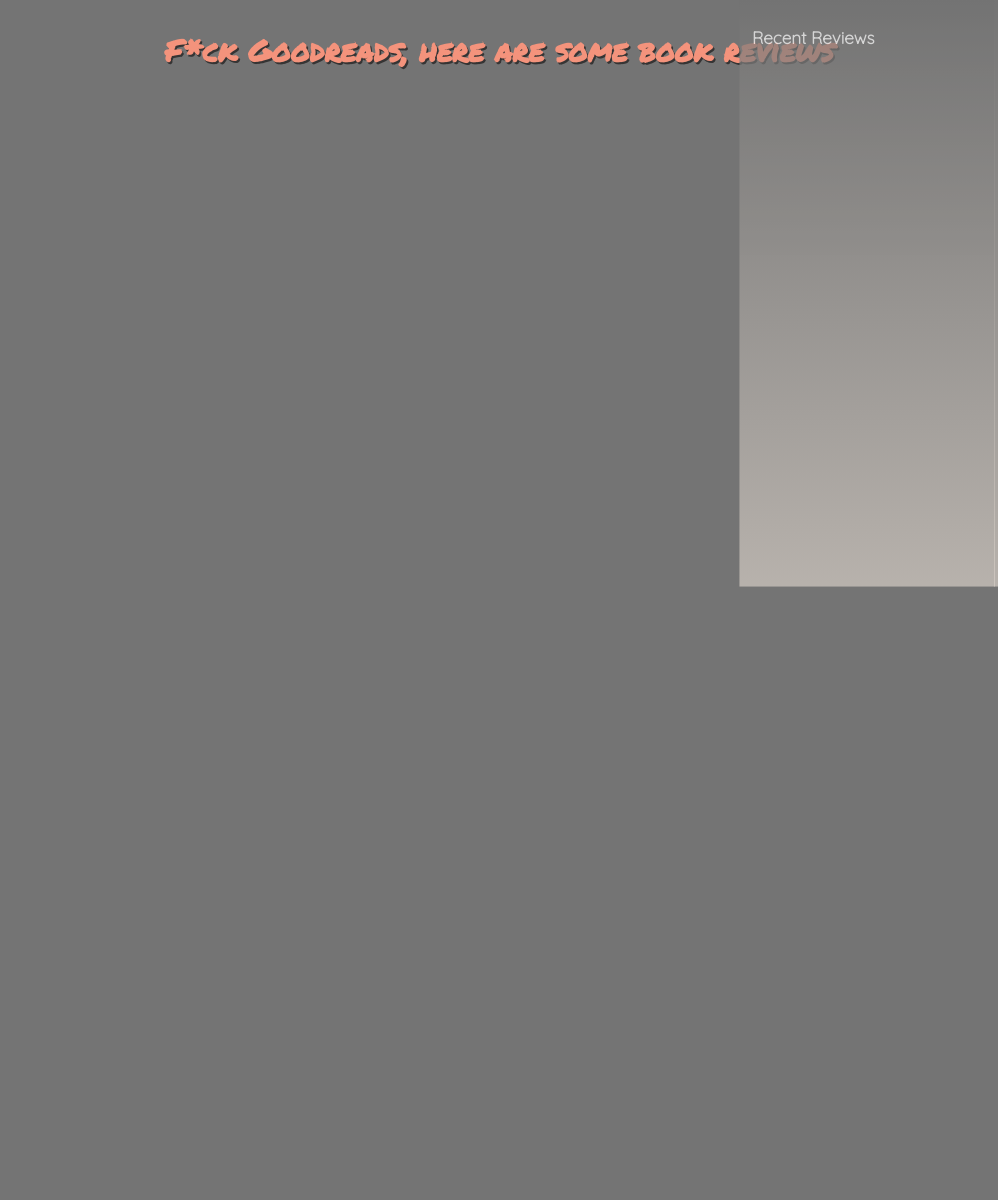
Repository: emnharris/FreeCodeCampChallenges
Page: responsive-web-design/book-reviews/books.html
The author's editor kept a copy of each file at every save. The page is drawn from the files as they stood at one save, then again after the next save.
The browser window is 1280 px wide. The pictures show the whole page, at 78% of full size.

Above is the page before, as saved 2020-04-18 13:35:57.

After the next save:
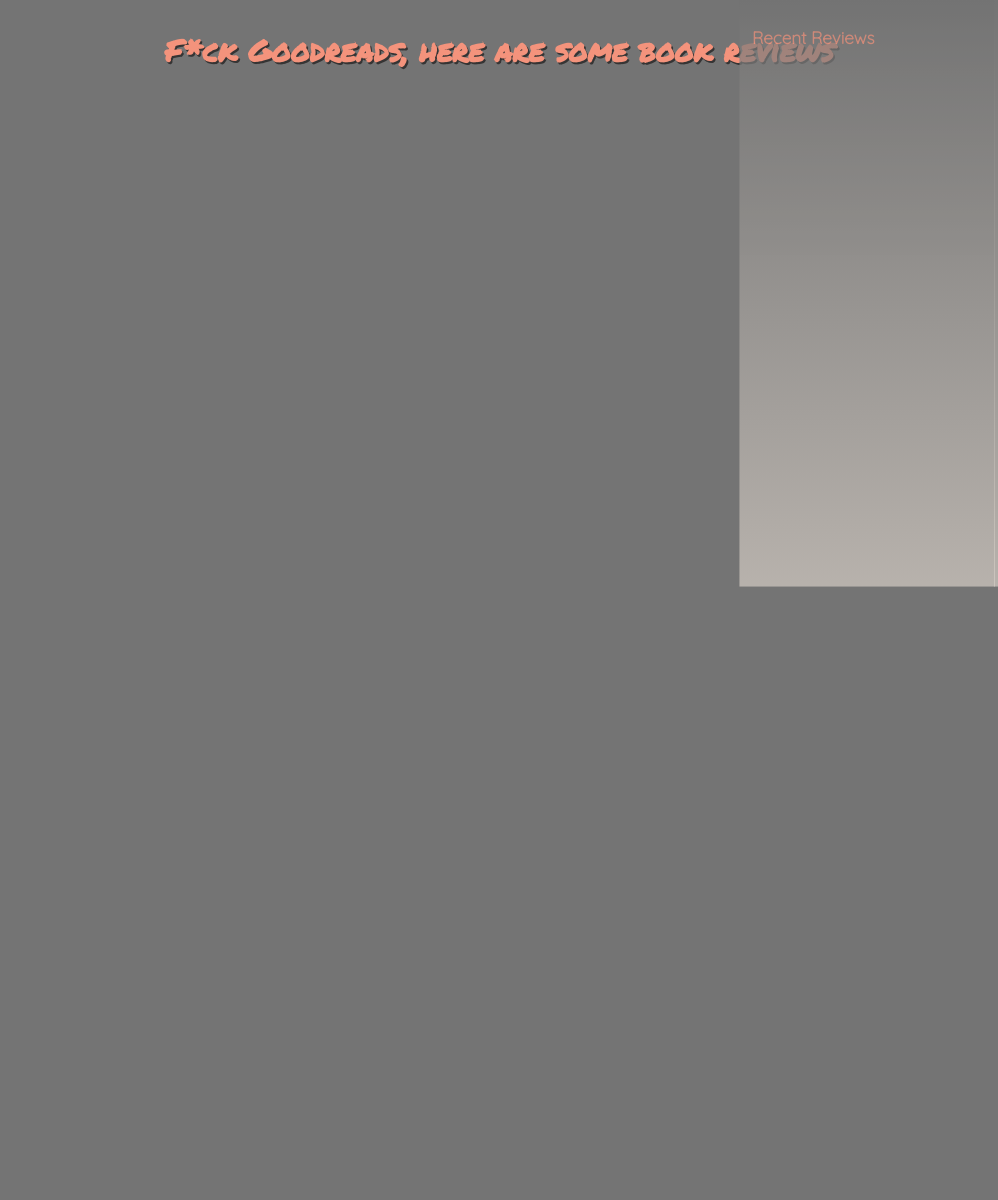
Saved 28 s later.
--- a/responsive-web-design/book-reviews/books.css
+++ b/responsive-web-design/book-reviews/books.css
@@ -52,7 +52,7 @@
     color: white;
 }
 h2 > a {
-    color: white;
+    color: rgb(244, 147, 124);
     text-decoration: none;
 }
 a:hover {
